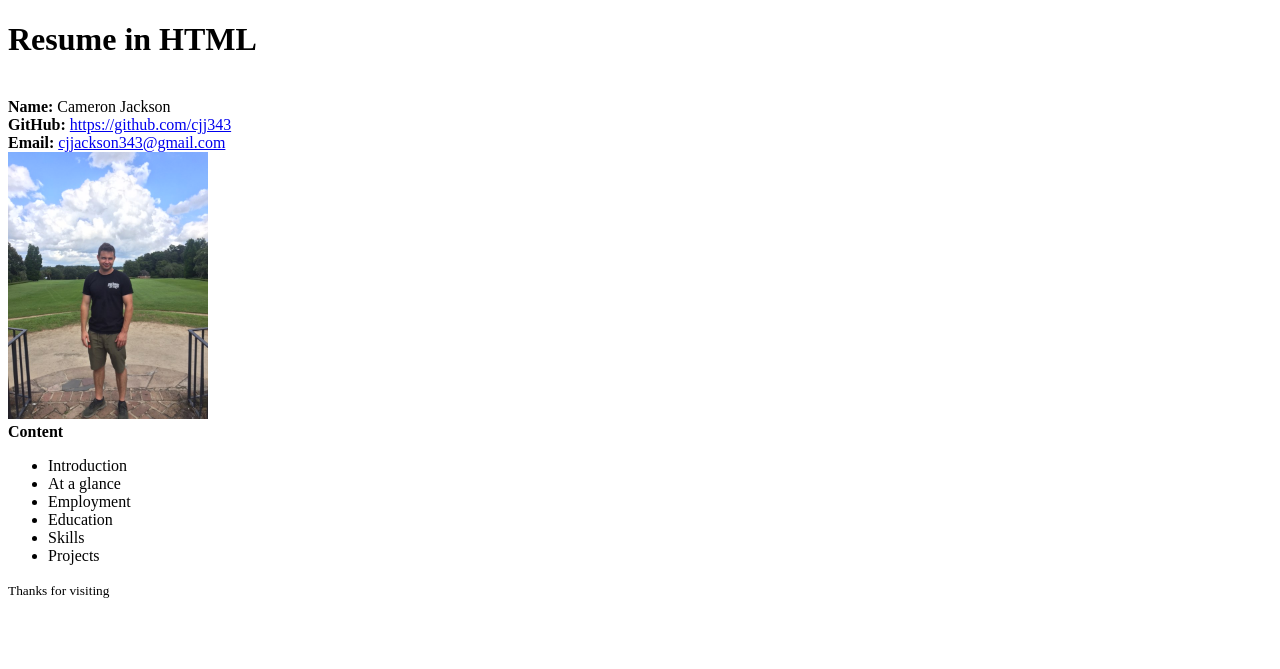
Repository: cjj343/html_resume
Page: index.html
The author's editor kept a record of every edit. The page is drawn from the files as they stood at one moment, then again after the next edit.
The browser window is 1280 px wide. The pictures show the whole page.

Above is the page before.

After the next edit:
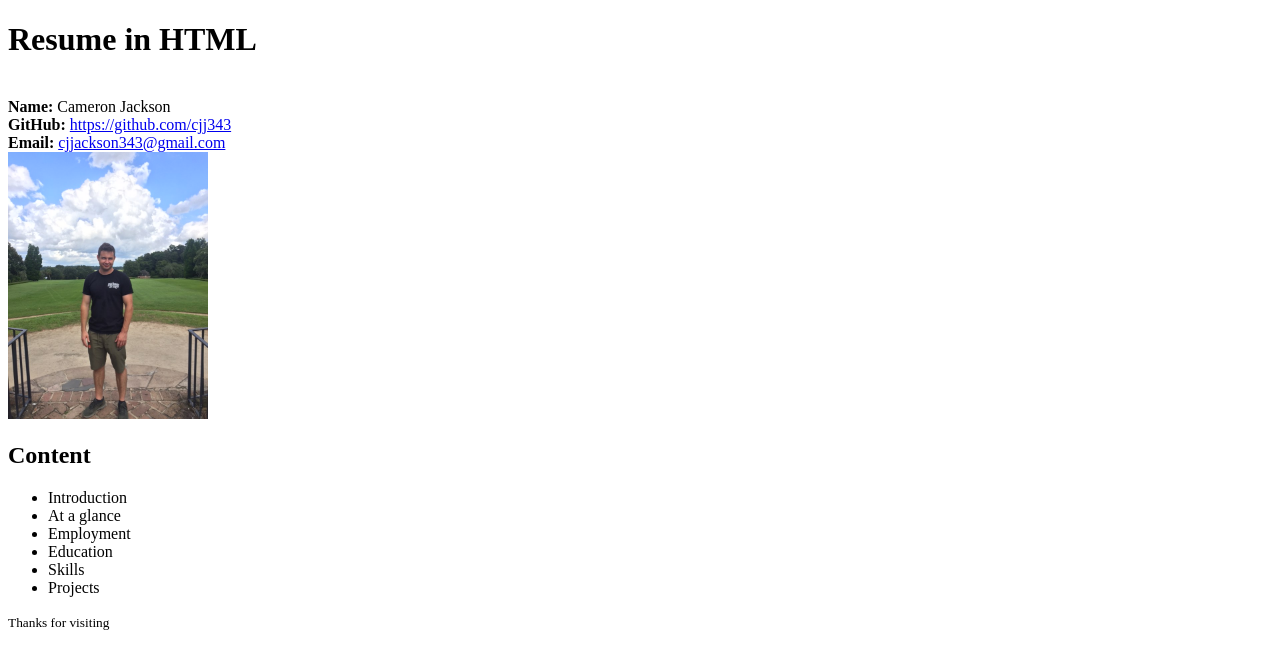
The edit:
--- a/index.html
+++ b/index.html
@@ -14,7 +14,7 @@
     </div>
 
     <div>
-        <b>Content</b><br>
+        <h2>Content</h2>
         <ul>
             <li>Introduction</li>
             <li>At a glance</li>
